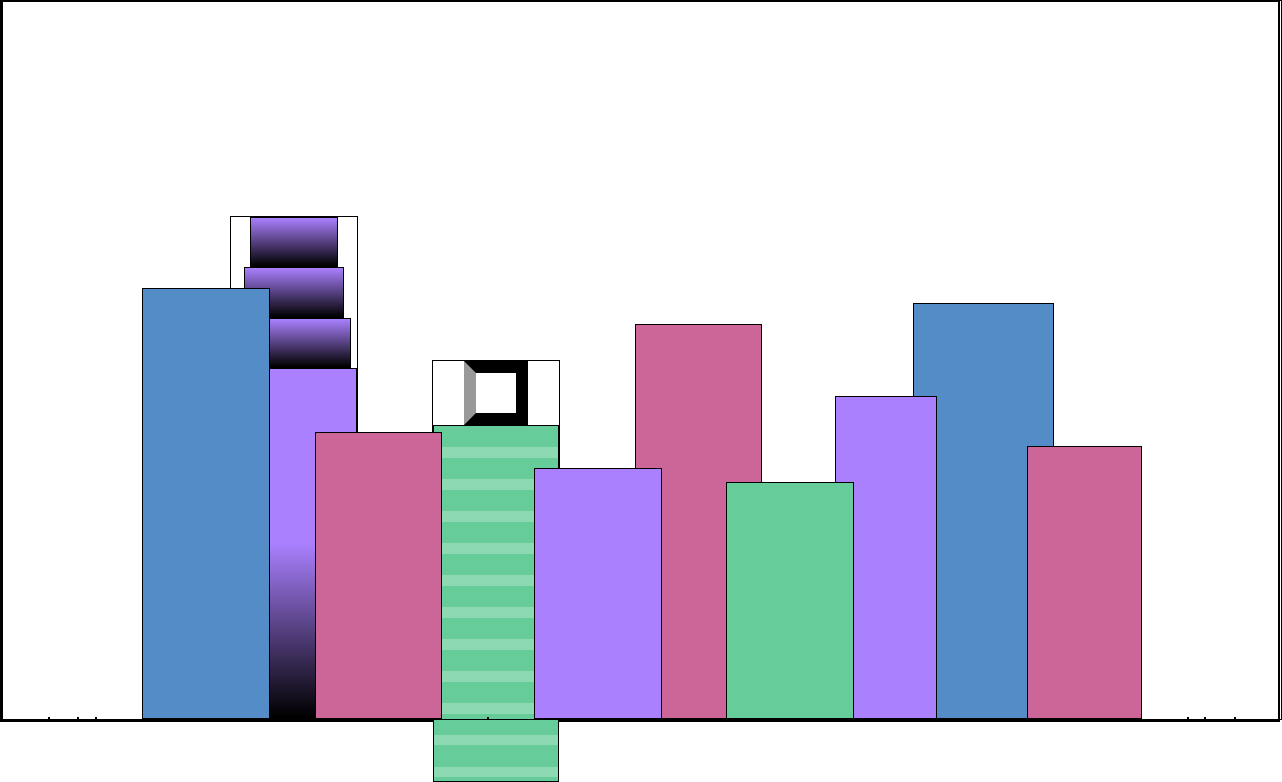
Repository: Lungdjos/city_skyline
Page: index.html
An editor plug-in stored every save of this project. The page is shown before and after the next save, followed by the edit.
The browser window is 1280 px wide. The page is 1282 px wide, so the pictures cover 1282 px, including what lies to the right of the window. The pictures show the whole page.

Above is the page before, as saved 2023-12-12 10:50:44.

### index.html
<!DOCTYPE html>
<html lang="en">

<head>
    <meta charset="UTF-8">
    <meta name="viewport" content="width=device-width, initial-scale=1.0">
    <title>City Skyline</title>
    <link href="styles.css" rel="stylesheet" />
</head>

<body>
    <div class="background-buildings">
        <div></div>
        <div></div>
        <div class="bb1">
            <div class="bb1a bb1-window"></div>
            <div class="bb1b bb1-window"></div>
            <div class="bb1c bb1-window"></div>
            <div class="bb1d"></div>
        </div>
        <div class="bb2">
            <div class="bb2a"></div>
            <div class="bb2b"></div>
        </div>
        <div class="bb3"></div>
        <div></div>
        <div class="bb4"></div>
        <div></div>
        <div></div>
    </div>
    <div class="foreground-buildings">
        <div></div>
        <div></div>
        <div class="fb1"></div>
        <div class="fb2"></div>
        <div></div>
        <div class="fb3"></div>
        <div class="fb4"></div>
        <div class="fb5"></div>
        <div class="fb6"></div>
        <div></div>
        <div></div>
    </div>
</body>

</html>

</html>

</html>

### styles.css
:root {
    --building-color1: #aa80ff;
    --building-color2: #66cc99;
    --building-color3: #cc6699;
    --building-color4: #538cc6;
    --window-color1: black;
    --window-color2: #8cd9b3;
}

* {
    border: 1px solid black;
    box-sizing: border-box;
}

body {
    height: 100vh;
    margin: 0;
    overflow: hidden;
}

.background-buildings,
.foreground-buildings {
    width: 100%;
    height: 100%;
    display: flex;
    align-items: flex-end;
    justify-content: space-evenly;
    position: absolute;
    top: 0;
}


/* BACKGROUND BUILDINGS - "bb" stands for "background building" */

.bb1 {
    width: 10%;
    height: 70%;
    display: flex;
    flex-direction: column;
    align-items: center;
}

.bb1a {
    width: 70%;
}

.bb1b {
    width: 80%;
}

.bb1c {
    width: 90%;
}

.bb1d {
    width: 100%;
    height: 70%;
    background: linear-gradient( var(--building-color1) 50%, var(--window-color1));
}

.bb1-window {
    height: 10%;
    background: linear-gradient( var(--building-color1), var(--window-color1));
}

.bb2 {
    width: 10%;
    height: 50%;
}

.bb2a {
    margin: auto;
    width: 5vw;
    height: 5vw;
    border-top: 1vw solid #000;
    border-bottom: 1vw solid #000;
    border-left: 1vw solid #999;
    border-right: 1vw solid #000;
}

.bb2b {
    width: 100%;
    height: 100%;
    background: repeating-linear-gradient(var(--building-color2) 0%, var(--building-color2) 6%, var(--window-color2) 6%, var(--window-color2) 9%);
}

.bb3 {
    width: 10%;
    height: 55%;
    background-color: var(--building-color3);
}

.bb4 {
    width: 11%;
    height: 58%;
    background-color: var(--building-color4);
}


/* FOREGROUND BUILDINGS - "fb" stands for "foreground building" */

.fb1 {
    width: 10%;
    height: 60%;
    background-color: var(--building-color4);
}

.fb2 {
    width: 10%;
    height: 40%;
    background-color: var(--building-color3);
}

.fb3 {
    width: 10%;
    height: 35%;
    background-color: var(--building-color1);
}

.fb4 {
    width: 8%;
    height: 45%;
    background-color: var(--building-color1);
    position: relative;
    left: 10%;
}

.fb5 {
    width: 10%;
    height: 33%;
    background-color: var(--building-color2);
    position: relative;
    right: 10%;
}

.fb6 {
    width: 9%;
    height: 38%;
    background-color: var(--building-color3);
}

After the next save:
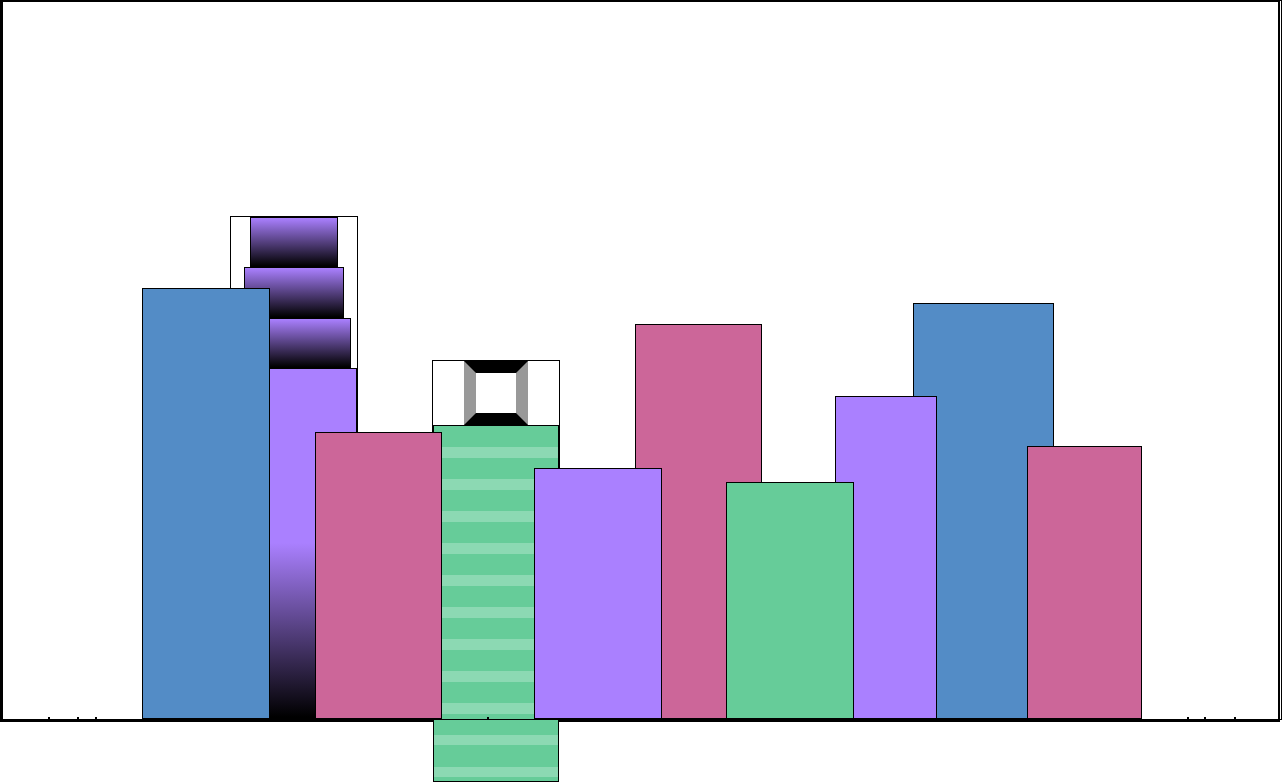
Saved 10 s later.
--- a/styles.css
+++ b/styles.css
@@ -75,7 +75,7 @@ body {
     border-top: 1vw solid #000;
     border-bottom: 1vw solid #000;
     border-left: 1vw solid #999;
-    border-right: 1vw solid #000;
+    border-right: 1vw solid #999;
 }
 
 .bb2b {
